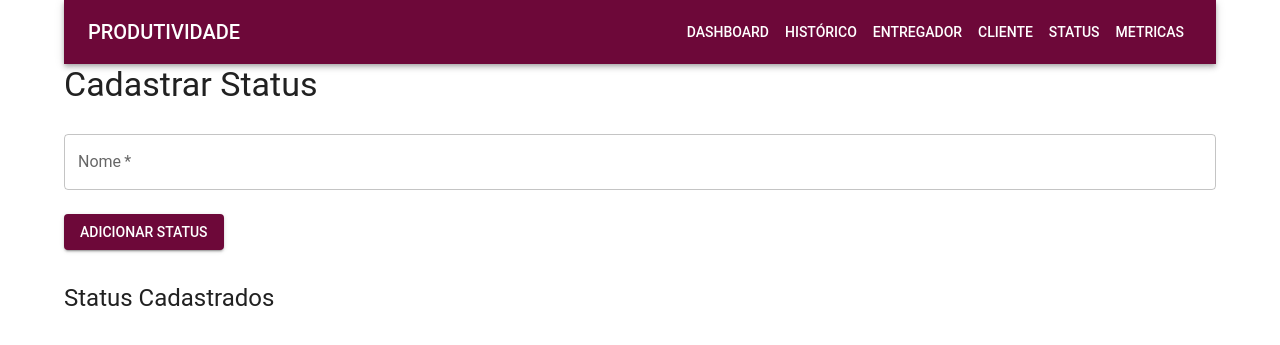
Repository: feliperanon/mobilegestao
Page: /add-status (app in frontend/)
These files come from the project's save history. The page is drawn as it stood at one moment and after the next save; the edit follows.
The browser window is 1280 px wide. The pictures show the whole page.
The page's requests for data from a server got no answer. The project was rebuilt for these pictures with package versions that can differ from the ones it lists, and the page was loaded fresh each time. No one was signed in, and anything a server would have sent is missing. Also part of the build but not shown: frontend/webpack.config.js, frontend/src/pages/Home.js, frontend/src/pages/History.js, frontend/src/pages/Analysis.js, frontend/src/components/Dashboard.js, frontend/src/components/Login.js, frontend/src/components/Register.js, frontend/src/components/AddEntregador.js and 2 more.

Above is the page before, as saved 2024-07-20 21:23:55.

After the next save:
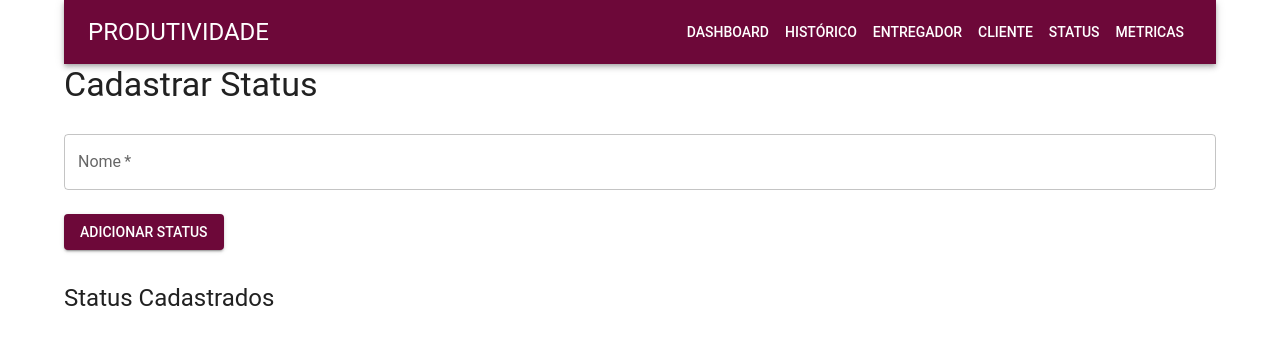
Saved 8 s later.
--- a/frontend/src/components/Navigation.js
+++ b/frontend/src/components/Navigation.js
@@ -6,7 +6,7 @@ const Navigation = () => {
   return (
     <AppBar position="static">
       <Toolbar>
-        <Typography variant="h6" sx={{ flexGrow: 1 }}>
+        <Typography variant="h5" sx={{ flexGrow: 1 }}>
           PRODUTIVIDADE
         </Typography>
         <Button color="inherit" component={Link} to="/dashboard">Dashboard</Button>
